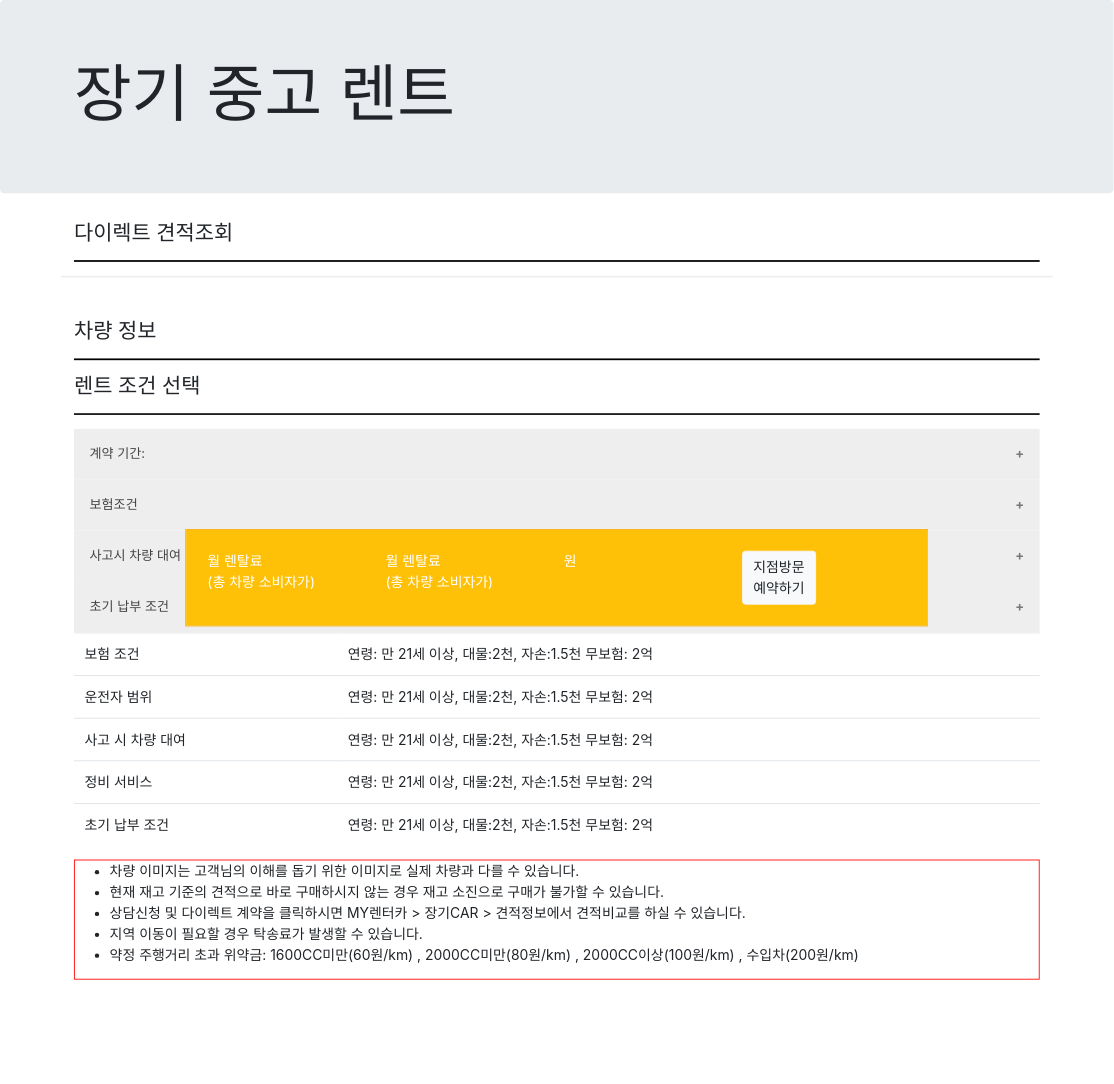
Repository: hyebinkim00/Project
Page: http://localhost/jsp/long_lent_oldcar/carLent.jsp
An editor plug-in stored every save of this project. The page is shown before and after the next save, followed by the edit.
The browser window is 1280 px wide. The pictures show the whole page, at 87% of full size.
The page is served by Tomcat 9. Queries for data that is not in the repository find no rows.

Above is the page before, as saved 2020-09-18 07:26:23.

After the next save:
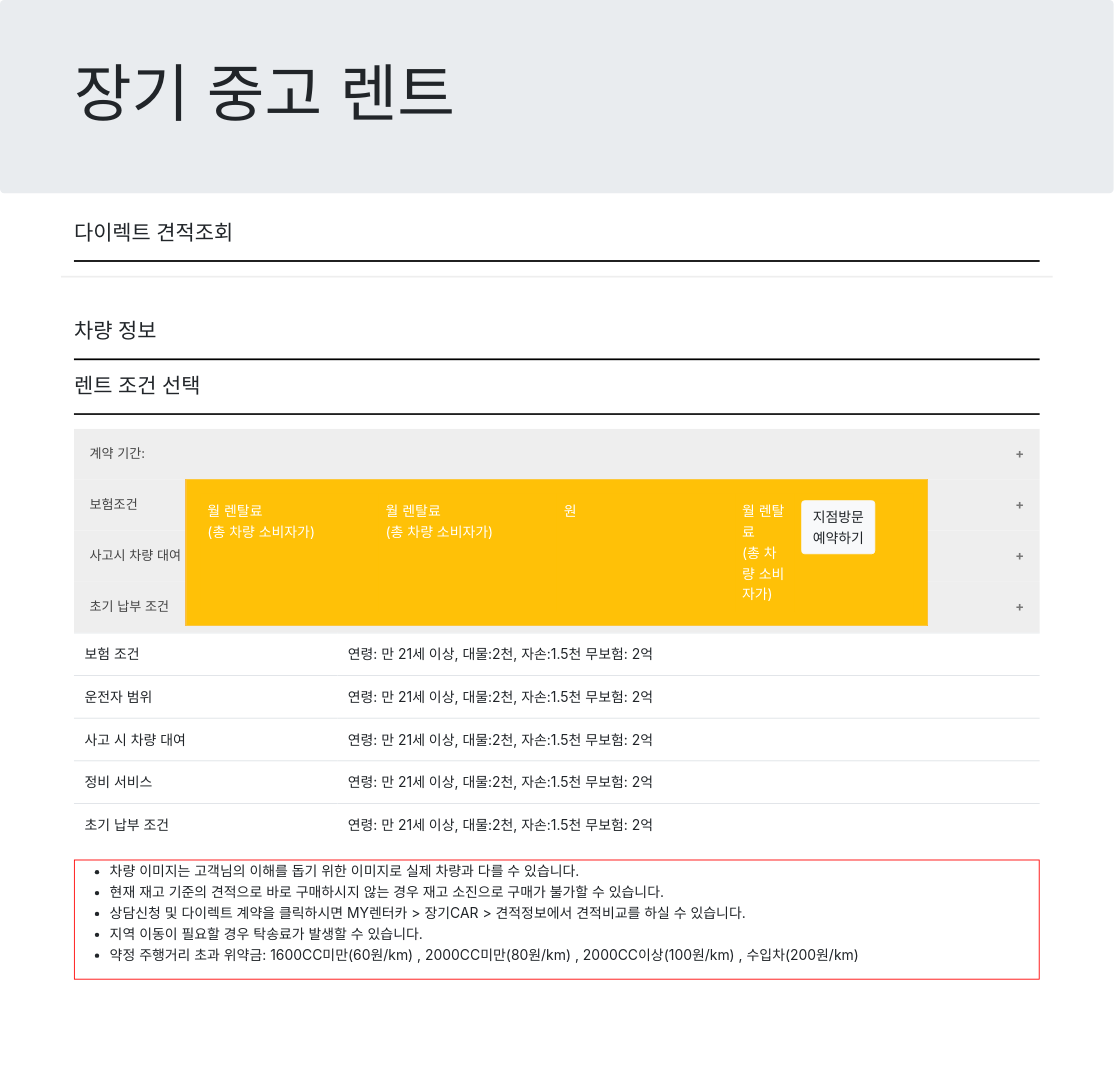
Saved 40 s later.
--- a/jsp/WebContent/long_lent_oldcar/carLent.jsp
+++ b/jsp/WebContent/long_lent_oldcar/carLent.jsp
@@ -324,7 +324,8 @@ function go(){
     <div class="col-sm-3 p-2 bg-warning">월 렌탈료<br> (총 차량 소비자가)</div>
     <div class="col-sm-3 p-2 bg-warning">월 렌탈료<br> (총 차량 소비자가)</div>
     <div class="col-sm-3 p-2 bg-warning"><span id="result4"><c:out value="${car_price}" />원</span><br><c:out value="${prices}" /></div>
-    <div class="col-sm-3 p-2 bg-warning"><button class="btn btn-light" onclick="go()">지점방문<br>예약하기</button></div>
+    <div class="col-sm-1 p-2 bg-warning">월 렌탈료<br> (총 차량 소비자가)</div>
+    <div class="col-sm-2 p-2 bg-warning"><button class="btn btn-light" onclick="go()">지점방문<br>예약하기</button></div>
   </div>
 
 
